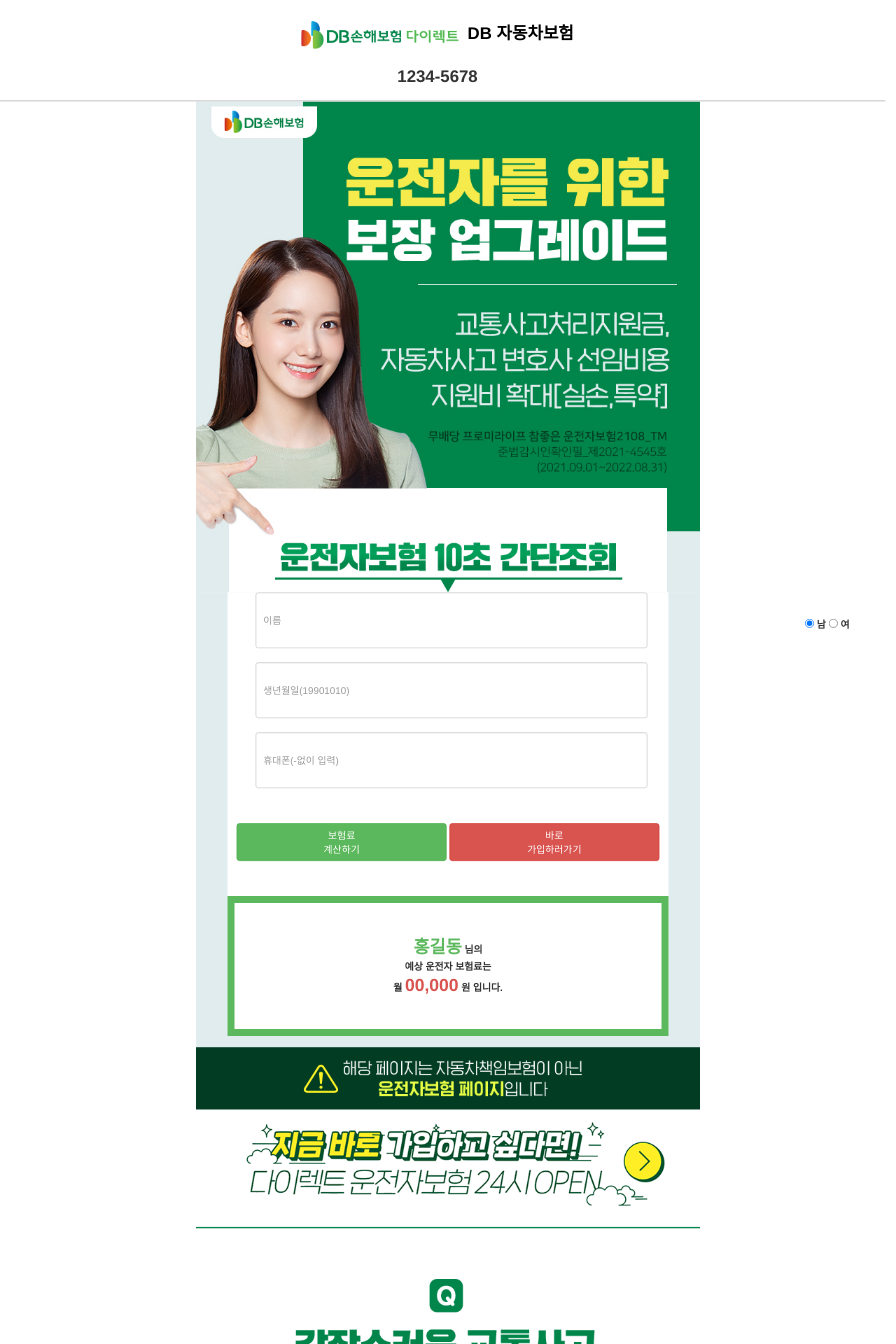
Repository: minho0324/directInsurance
Page: http://localhost/directClone/
An editor plug-in stored every save of this project. The page is shown before and after the next save, followed by the edit.
The browser window is 1280 px wide. The pictures show the part of the page from y = 0 to 1920 px (the page is 5277 px tall before and 5292 px after), at 70% of full size.
The page is served by Tomcat 9.

Above is the page before, as saved 2021-11-19 05:21:52.

After the next save:
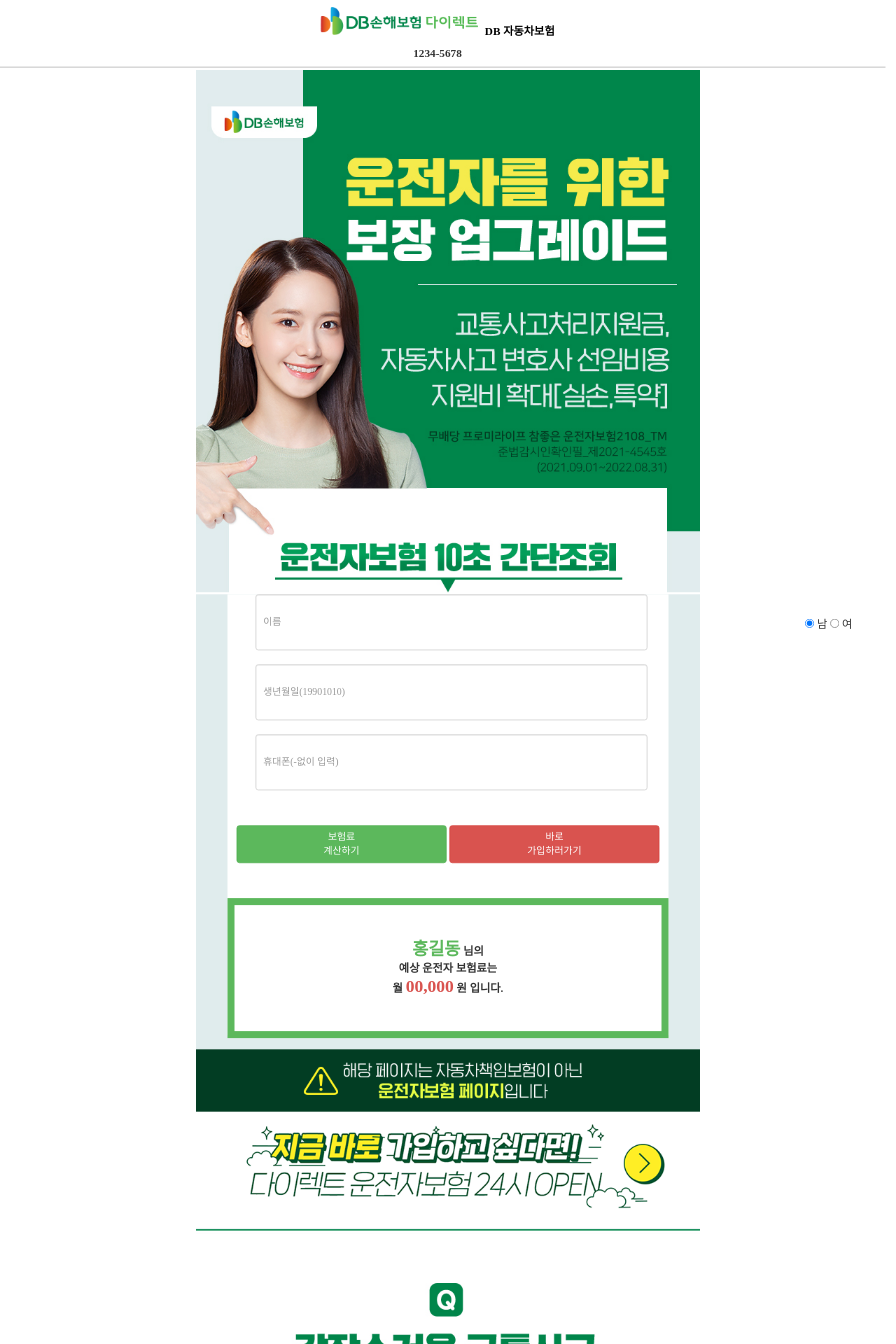
Saved 57 s later.
--- a/directClone/src/main/webapp/resources/css/index.css
+++ b/directClone/src/main/webapp/resources/css/index.css
@@ -1,5 +1,5 @@
 @charset "UTF-8";
-<style>
+
 
 	html, body, div, span, applet, object, iframe,
 	h1, h2, h3, h4, h5, h6, p, blockquote, pre,
@@ -550,6 +550,3 @@
 		margin:50px 0;
 		text-align:center;
 	}
-
-
-</style>
